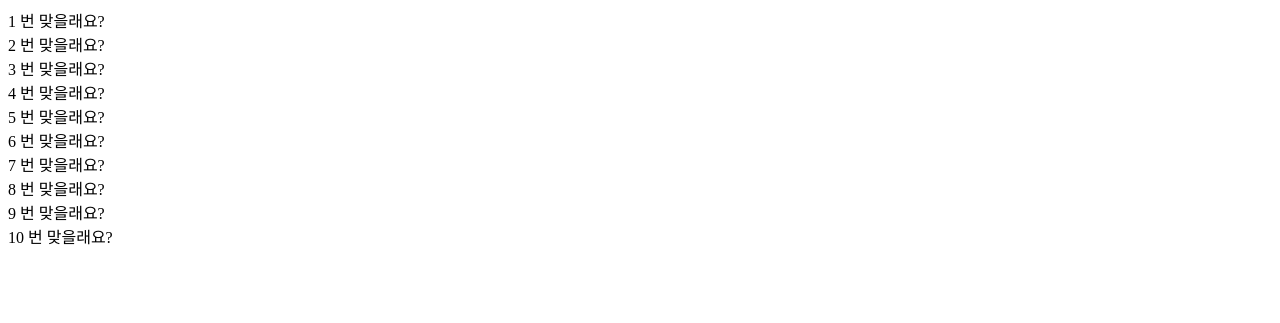
Repository: Jipumpkin/WebServer
Page: http://localhost/JSTL/ex06jstl3.jsp
An editor plug-in stored every save of this project. The page is shown before and after the next save, followed by the edit.
The browser window is 1280 px wide. The pictures show the whole page.
The page is served by Tomcat 9.

Above is the page before, as saved 2024-08-16 07:29:44.

After the next save:
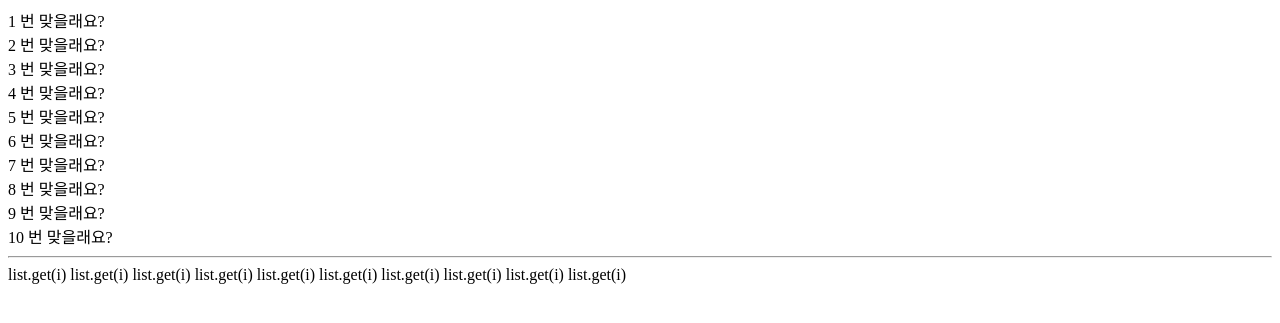
Saved 6 min 22 s later.
--- a/JSTL/src/main/webapp/ex06jstl3.jsp
+++ b/JSTL/src/main/webapp/ex06jstl3.jsp
@@ -1,3 +1,4 @@
+<%@page import="java.util.ArrayList"%>
 <%@ page language="java" contentType="text/html; charset=EUC-KR"
     pageEncoding="EUC-KR"%>
 <%@ taglib prefix="c" uri="http://java.sun.com/jsp/jstl/core" %>
@@ -16,5 +17,27 @@
 
 	</c:forEach>
 
+	<hr>
+
+	<%
+		ArrayList<String> list = new ArrayList<String>();
+		list.add("양배추");
+		list.add("아스파라거스");
+		list.add("마늘");
+		list.add("아보카도");
+
+		session.setAttribute("list", list);
+	%>
+
+
+
+	<c:forEach var="i" begin="1" end="10" step="1">
+
+		list.get(i)
+	</c:forEach>
+
+
+
+
 </body>
 </html>
